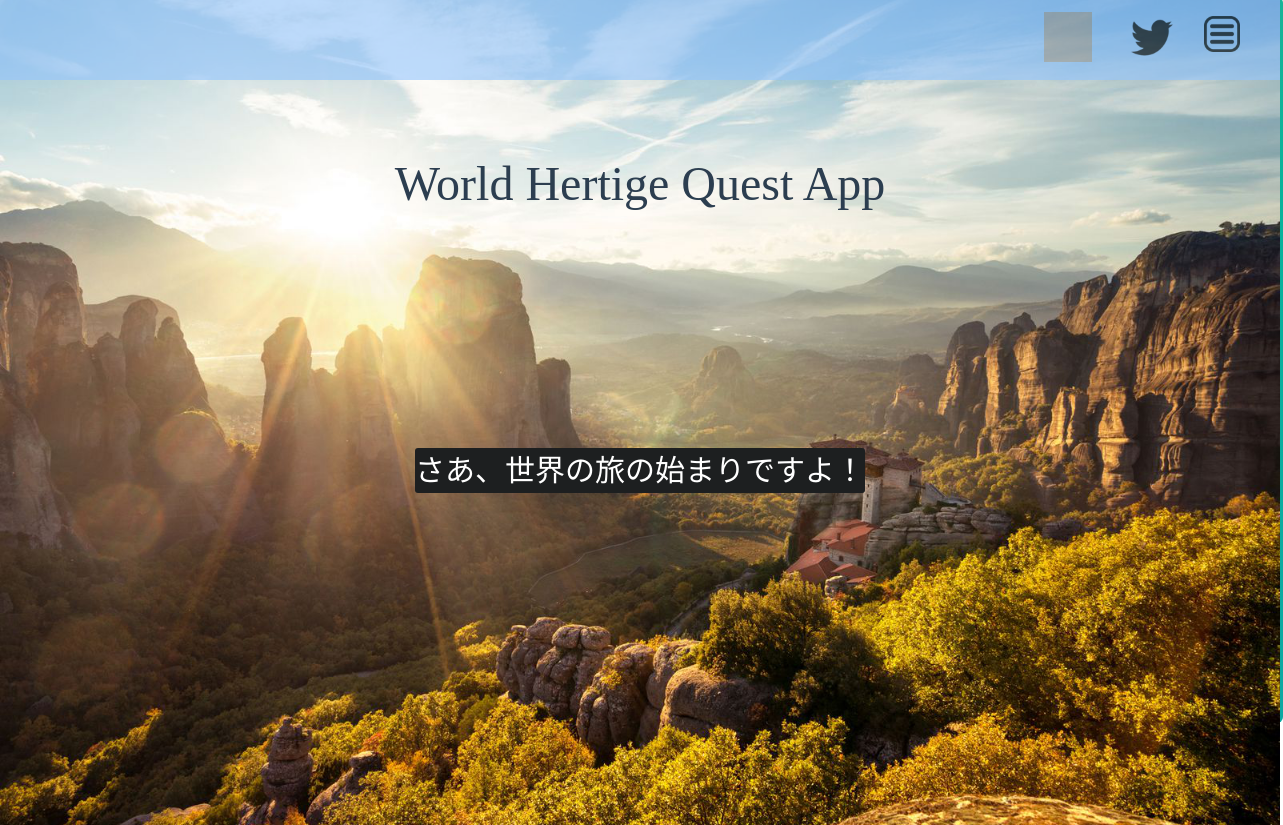
Repository: hashiz008/World-Heritage-Travel-App
Page: /
The author's editor kept a copy of each file at every save. The page is drawn from the files as they stood at one save, then again after the next save.
The browser window is 1280 px wide. The page is 1283 px wide, so the pictures cover 1283 px, including what lies to the right of the window. The pictures show the whole page.
Pictures or frames that could not be fetched are drawn as grey boxes. Some web fonts or font styles are not loaded; a fallback is used. The project was rebuilt for these pictures with package versions that can differ from the ones it lists, and the page was loaded fresh each time. Also part of the build but not shown: vue.config.js.

Above is the page before, as saved 2022-01-25 11:28:08.

After the next save:
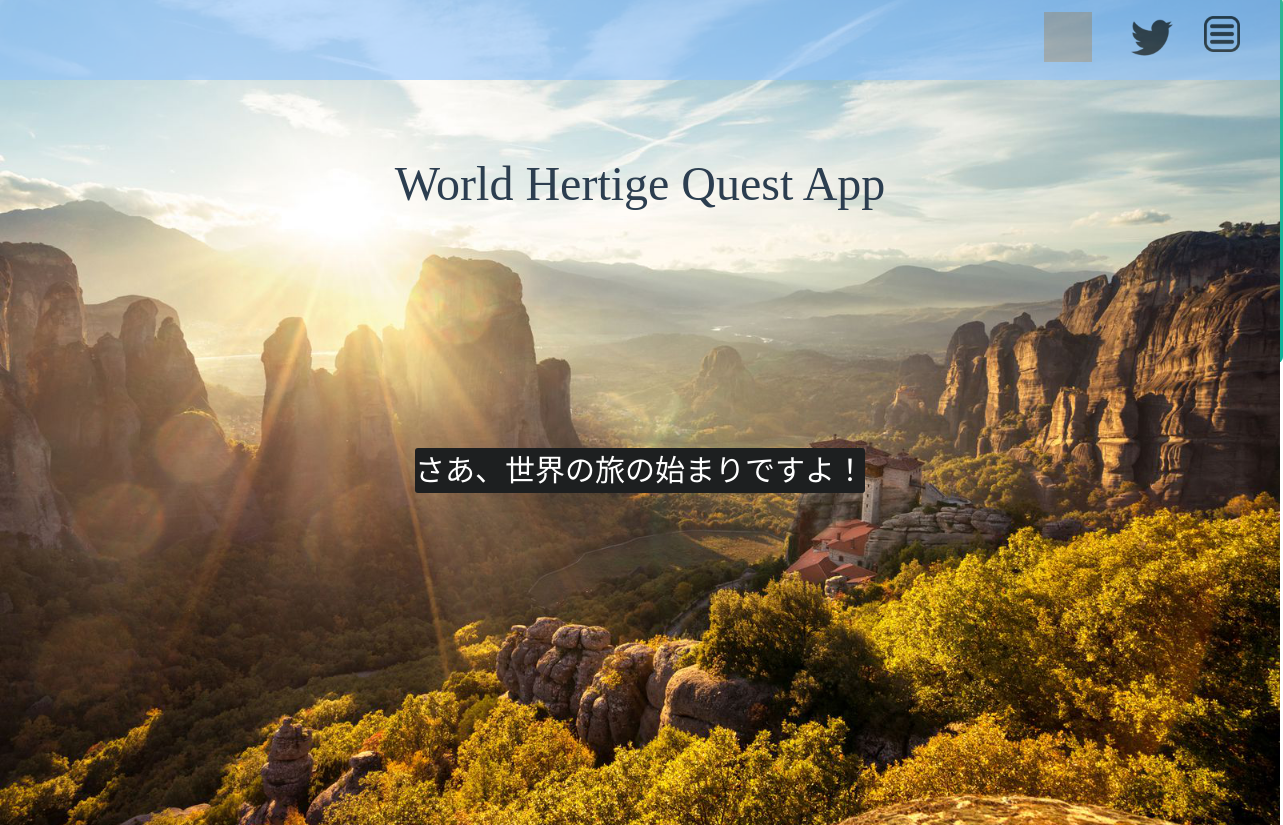
Saved 23 s later.
--- a/src/views/TopPage.vue
+++ b/src/views/TopPage.vue
@@ -149,7 +149,7 @@
     position: absolute;
     top: calc(-1 * var(--borderWidth));
     left: calc(-1 * var(--borderWidth));
-    height: calc(100% + var(--borderWidth) * 2);
+    height: calc(50% + var(--borderWidth) * 2);
     width: calc(100% + var(--borderWidth) * 2);
     background: linear-gradient(
         60deg,

After the save that followed:
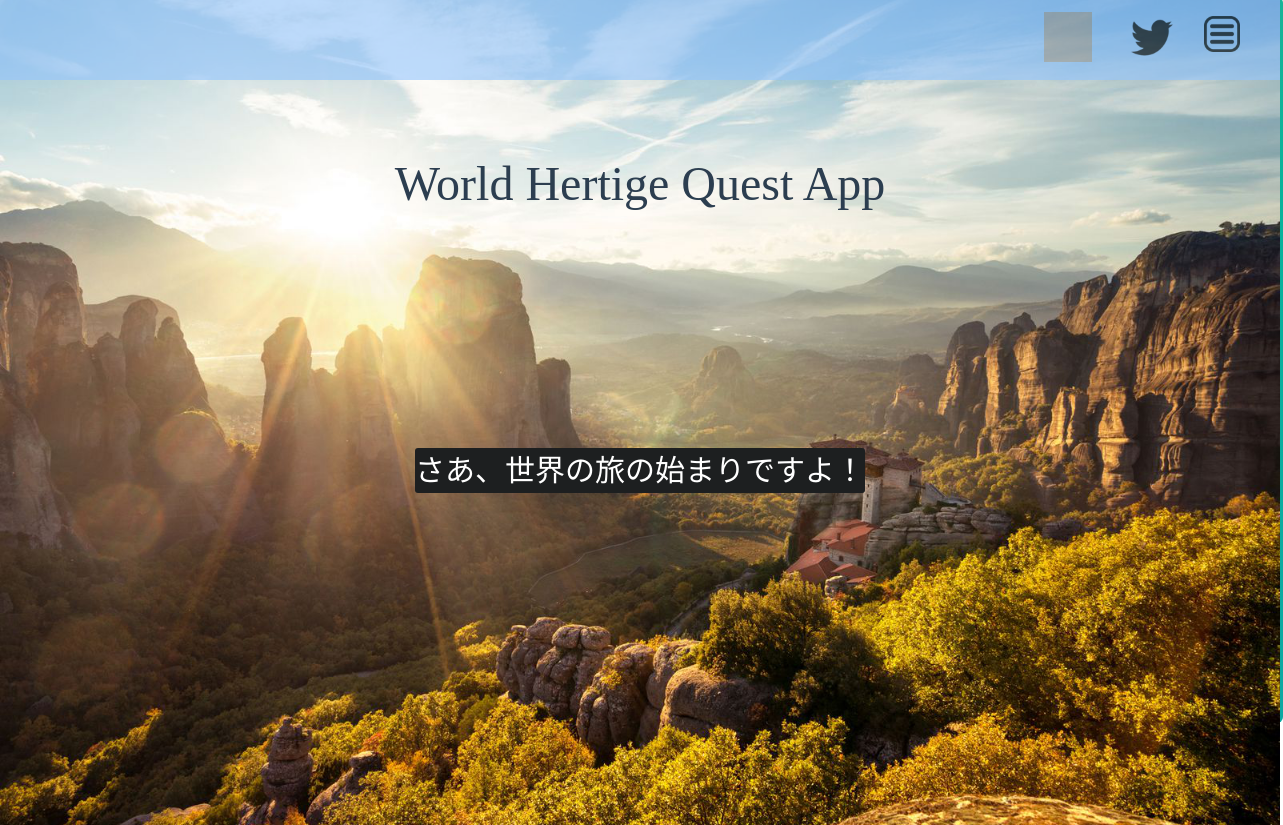
Saved 6 s later.
--- a/src/views/TopPage.vue
+++ b/src/views/TopPage.vue
@@ -149,7 +149,7 @@
     position: absolute;
     top: calc(-1 * var(--borderWidth));
     left: calc(-1 * var(--borderWidth));
-    height: calc(50% + var(--borderWidth) * 2);
+    height: calc(100% + var(--borderWidth) * 2);
     width: calc(100% + var(--borderWidth) * 2);
     background: linear-gradient(
         60deg,
